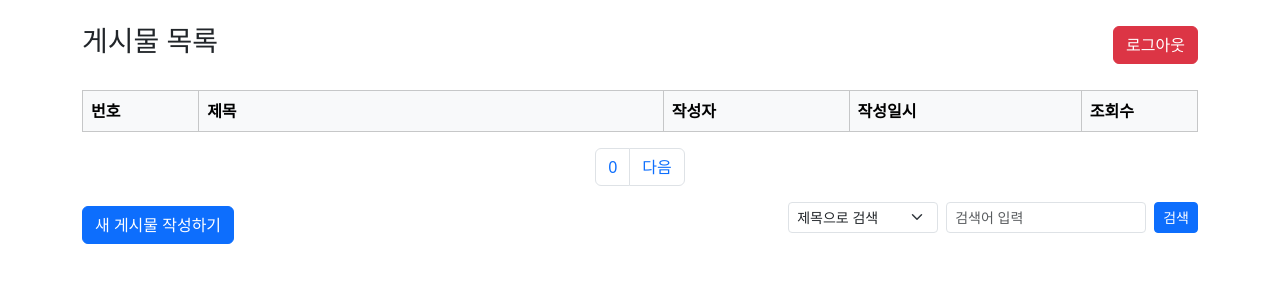
Repository: LHH-commits/SpringBoot_simple_board
Page: http://localhost/lcomputerstudy/WEB-INF/views/list.jsp
An editor plug-in stored every save of this project. The page is shown before and after the next save, followed by the edit.
The browser window is 1280 px wide. The pictures show the whole page.
The page is served by Tomcat 9. Nobody is signed in. Other server files are loaded and not shown. The template is opened directly, without the code that normally fills it, so the values that code supplies are empty.

Above is the page before, as saved 2024-09-23 01:37:19.

### lcomputerstudy/src/main/webapp/WEB-INF/views/list.jsp
<%@ page language="java" contentType="text/html; charset=UTF-8" pageEncoding="UTF-8"%>
<%@ taglib prefix="c" uri="http://java.sun.com/jsp/jstl/core"%>

<!DOCTYPE html>
<html>
<head>
<meta charset="UTF-8">
<title>게시물 목록</title>
<script src="https://ajax.googleapis.com/ajax/libs/jquery/1.12.4/jquery.min.js"></script>
<link href="https://cdn.jsdelivr.net/npm/bootstrap@5.3.3/dist/css/bootstrap.min.css" rel="stylesheet" integrity="sha384-QWTKZyjpPEjISv5WaRU9OFeRpok6YctnYmDr5pNlyT2bRjXh0JMhjY6hW+ALEwIH" crossorigin="anonymous">
<script src="https://cdn.jsdelivr.net/npm/bootstrap@5.3.3/dist/js/bootstrap.bundle.min.js" integrity="sha384-YvpcrYf0tY3lHB60NNkmXc5s9fDVZLESaAA55NDzOxhy9GkcIdslK1eN7N6jIeHz" crossorigin="anonymous"></script>
<!-- <style>
        body {
            font-family: Arial, sans-serif;
            margin: 20px;
        }
        table {
            width: 100%;
            border-collapse: collapse;
            margin-bottom: 20px;
        }
        th, td {
            padding: 10px;
            text-align: left;
            border-bottom: 1px solid #ddd;
        }
        th {
            background-color: #f4f4f4;
        }
        tr:hover {
            background-color: #f1f1f1;
        }
        h1 {
            color: #333;
        }
        .container {
            max-width: 1200px;
            margin: 0 auto;
        }
        .button {
            padding: 10px 15px;
            text-decoration: none;
            color: #fff;
            background-color: #007bff;
            border-radius: 5px;
            font-size: 16px;
            display: inline-block;
            margin-bottom: 20px;
        }
        .button:hover {
            background-color: #0056b3;
        }
        .header {
	        display: flex;
	        justify-content: space-between;
	        align-items: center;
	        margin-bottom: 20px;
   		}
    	.logout-button {
	        padding: 10px 15px;
	        text-decoration: none;
	        color: #fff;
	        background-color: #dc3545;
	        border-radius: 5px;
	        font-size: 16px;
   		}
    	.logout-button:hover {
        	background-color: #c82333;
   		}
   		.pagination {
	        text-align: center;
	        margin: 20px 0;
	    }
	    .pagination a {
	        color: #007bff;
	        text-decoration: none;
	        padding: 10px 15px;
	        border: 1px solid #ddd;
	        border-radius: 5px;
	        margin: 0 5px;
	    }
	    .pagination a:hover, .pagination a.active {
	        background-color: #007bff;
	        color: #fff;
	        border-color: #007bff;
	    }
	    .pagination .disabled {
	        color: #ddd;
	        border-color: #ddd;
	        cursor: not-allowed;
	    }
    </style> -->
<script>
    function goToList() {
        window.location.href = "/list"; // 전체 리스트로 이동
    }
</script>
</head>
<body>
    <div class="container mt-4">
    	<div class="d-flex justify-content-between align-items-center mb-4">
    		<h1 class="h3" onclick="goToList()" style="cursor: pointer;">게시물 목록</h1>
    		<a href="/logout" class="btn btn-danger">로그아웃</a>
    	</div>

    <table class="table table-hover table-bordered">
        <thead class="table-light">
            <tr>
                <th style="width: 5%">번호</th>
                <th style="width: 20%">제목</th>
                <th style="width: 8%">작성자</th>
                <th style="width: 10%">작성일시</th>
                <th style="width: 5%">조회수</th>
            </tr>
        </thead>
        <tbody>
            <c:forEach var="item" items="${list}">
                <tr>
                    <td>${item.bId}</td>
                    <td><a href="/detailBoard?bId=${item.bId}&page=${pagination.page}&searchOption=${searchparam.searchOption}&searchKeyword=${searchparam.searchKeyword}"
                    class="text-decoration-none">${item.bTitle}</a></td>
                    <td>${item.bWriter}</td>
                    <td>${item.bDateTime}</td>
                    <td>${item.bViews}</td>
                </tr>
            </c:forEach>
        </tbody>
    </table>
    <nav>
		<ul class="pagination justify-content-center">
		    <c:if test="${pagination.prevPage > 0}">
		    	<li class="page-item">
		        	<a class="page-link" href="/list?page=${pagination.prevPage}&searchOption=${searchparam.searchOption}&searchKeyword=${searchparam.searchKeyword}">이전</a>
		    </c:if>
		    <c:forEach var="i" begin="${pagination.startPage}" end="${pagination.endPage}">
		    	<li class="page-item ${i == pagination.page ? 'active' : ''}">
		        	<a class="page-link" href="/list?page=${i}&searchOption=${searchparam.searchOption}&searchKeyword=${searchparam.searchKeyword}">${i}</a>
		        </li>
		    </c:forEach>
		    <c:if test="${pagination.nextPage <= pagination.lastPage}">
		    	<li class="page-item">
		        	<a class="page-link" href="/list?page=${pagination.nextPage}&searchOption=${searchparam.searchOption}&searchKeyword=${searchparam.searchKeyword}">다음</a>
		    	</li>
		    </c:if>
		</ul>
	</nav>
		<div class="d-flex justify-content-between align-items-center mb-4">
	        <a href="/insertBoard" class="btn btn-primary">새 게시물 작성하기</a>
	        <form action="/list" method="get" class="d-flex mb-3">
			    <select name="searchOption" class="form-select form-select-sm me-2" style="width:150px">
			        <option value="title" ${searchparam.searchOption == 'title' ? 'selected' : ''}>제목으로 검색</option>
			        <option value="content" ${searchparam.searchOption == 'content' ? 'selected' : ''}>내용으로 검색</option>
			        <option value="titleContent" ${searchparam.searchOption == 'titleContent' ? 'selected' : ''}>제목+내용으로 검색</option>
			    </select>
		    	<input type="text" name="searchKeyword" class="form-control form-control-sm me-2" style="width:200px" value="${searchparam.searchKeyword != null ? searchparam.searchKeyword : ''}" placeholder="검색어 입력">
		   		<button type="submit" class="btn btn-primary btn-sm">검색</button>
			</form>
		</div>
    </div>
</body>
</html>

After the next save:
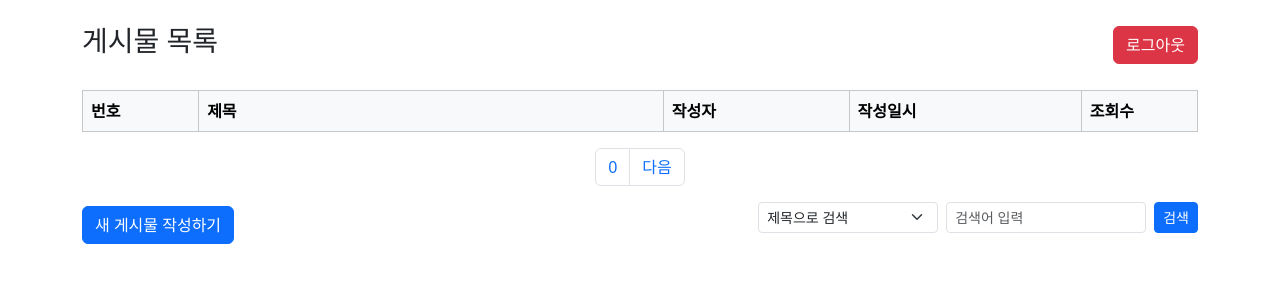
Saved 36 s later.
--- a/lcomputerstudy/src/main/webapp/WEB-INF/views/list.jsp
+++ b/lcomputerstudy/src/main/webapp/WEB-INF/views/list.jsp
@@ -147,7 +147,7 @@
 		<div class="d-flex justify-content-between align-items-center mb-4">
 	        <a href="/insertBoard" class="btn btn-primary">새 게시물 작성하기</a>
 	        <form action="/list" method="get" class="d-flex mb-3">
-			    <select name="searchOption" class="form-select form-select-sm me-2" style="width:150px">
+			    <select name="searchOption" class="form-select form-select-sm me-2" style="width:180px">
 			        <option value="title" ${searchparam.searchOption == 'title' ? 'selected' : ''}>제목으로 검색</option>
 			        <option value="content" ${searchparam.searchOption == 'content' ? 'selected' : ''}>내용으로 검색</option>
 			        <option value="titleContent" ${searchparam.searchOption == 'titleContent' ? 'selected' : ''}>제목+내용으로 검색</option>
